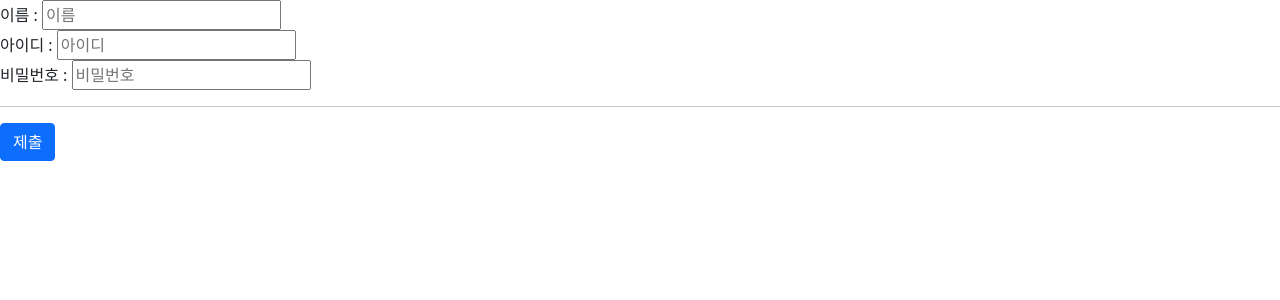
Repository: limbbbyoung/JSP_practice
Page: http://localhost/JSPbasic/jspobject/request/req_user_form.jsp
An editor plug-in stored every save of this project. The page is shown before and after the next save, followed by the edit.
The browser window is 1280 px wide. The pictures show the whole page.
The page is served by Tomcat 9.

Above is the page before, as saved 2022-03-25 10:40:03.

### JSPbasic/src/main/webapp/jspobject/request/req_user_form.jsp
<%@ page language="java" contentType="text/html; charset=UTF-8"
    pageEncoding="UTF-8"%>
<!DOCTYPE html>
<html>
<head>
<link href="https://cdn.jsdelivr.net/npm/bootstrap@5.1.3/dist/css/bootstrap.min.css" rel="stylesheet" integrity="sha384-1BmE4kWBq78iYhFldvKuhfTAU6auU8tT94WrHftjDbrCEXSU1oBoqyl2QvZ6jIW3" crossorigin="anonymous">
<meta charset="UTF-8">
<title>Insert title here</title>
</head>
<body>
<%-- 현재 파일인 req_user_form.jsp에 폼 태그를 만들어보겠습니다.
     목적지는 함께 req_user.jsp 파일입니다. post방식으로 데이터를 전달합니다.
     먼저 이름, 아이디, 비밀번호를 입력해 보낼 수 있는 input태그를 만들어주세요.
     각 태그의 name 속성은 uname, uid, upw 입니다.
     데이터를 받아주는 req_user.jsp에서 한글이 깨지지 않도록 받아서 화면에 출력해주세요. --%>

     <form action="http://localhost:8181/JSPbasic/jspobject/request/req_user.jsp" method="post">
     이름 : <input type="text" name="uname" placeholder="이름"><br/>
     아이디 : <input type="text" name="uid" placeholder="아이디"><br/>
     비밀번호 : <input type="password" name="upw" placeholder="비밀번호"><br/>
     <hr/>




     <input type="submit" class="btn btn-primary "value="제출">
     </form>
</body>
</html>

After the next save:
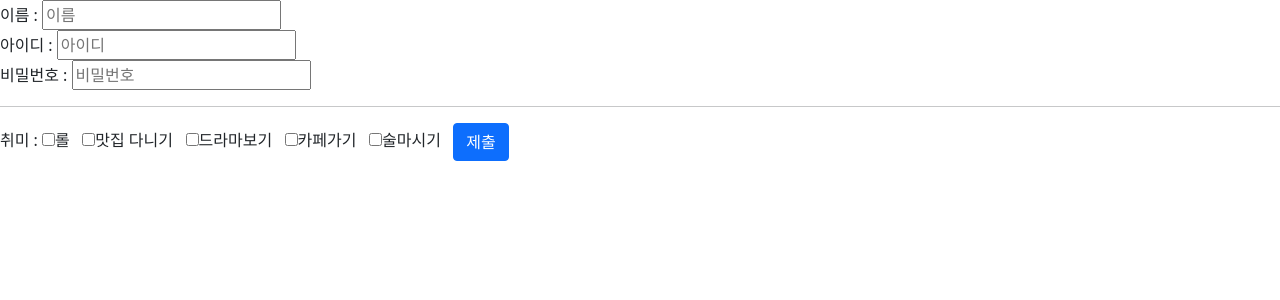
Saved 9 s later.
--- a/JSPbasic/src/main/webapp/jspobject/request/req_user_form.jsp
+++ b/JSPbasic/src/main/webapp/jspobject/request/req_user_form.jsp
@@ -20,6 +20,12 @@
      비밀번호 : <input type="password" name="upw" placeholder="비밀번호"><br/>
      <hr/>
 
+     취미 :
+     <input type="checkbox" name="hobby">롤 &nbsp;
+     <input type="checkbox" name="hobby">맛집 다니기 &nbsp;
+     <input type="checkbox" name="hobby">드라마보기 &nbsp;
+     <input type="checkbox" name="hobby">카페가기 &nbsp;
+     <input type="checkbox" name="hobby">술마시기 &nbsp;
 
 
 
